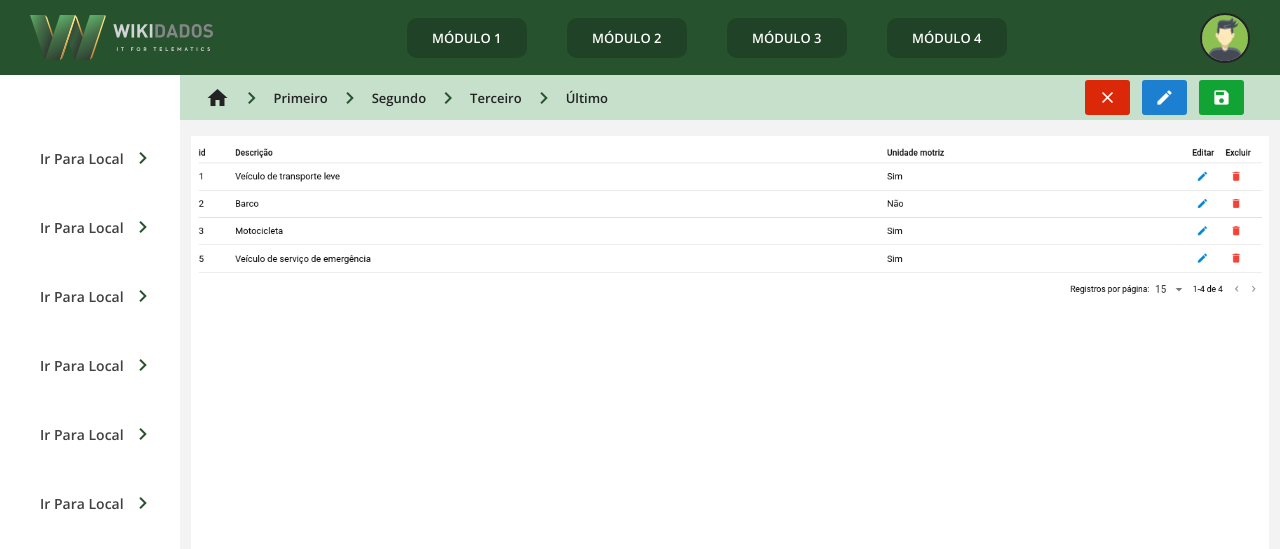
Repository: AlexDjon/alexdjon.github.io
Page: wiki-relayout/index.html
The author's editor kept a copy of each file at every save. The page is drawn from the files as they stood at one save, then again after the next save.
The browser window is 1280 px wide. The pictures show the whole page.

Above is the page before, as saved 2020-08-12 16:31:34.

After the next save:
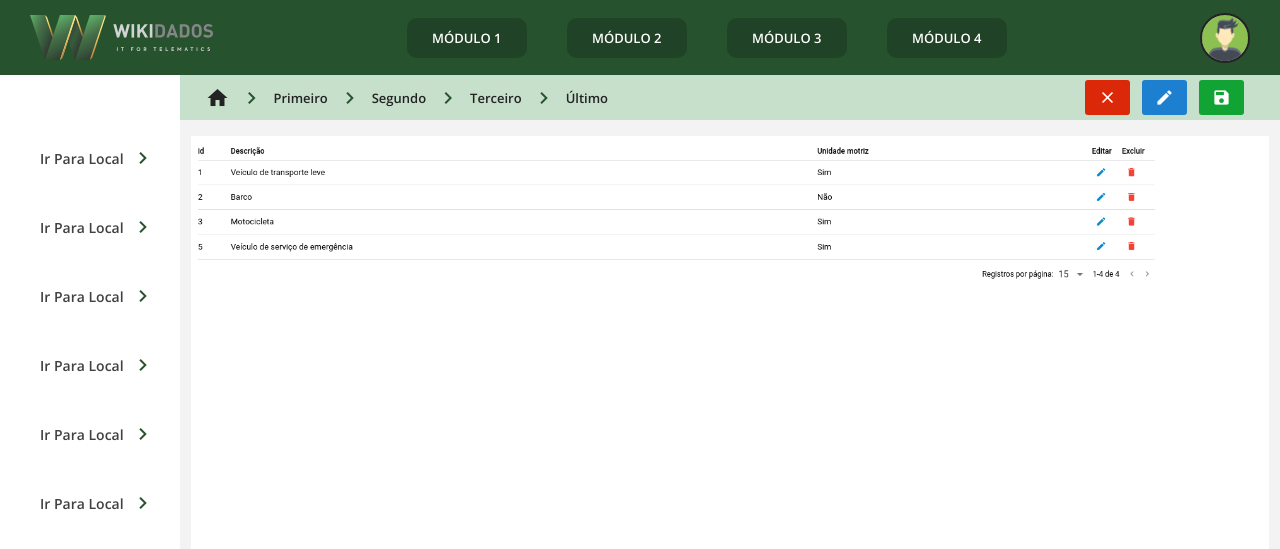
Saved 8 s later.
--- a/wiki-relayout/css/styles.css
+++ b/wiki-relayout/css/styles.css
@@ -243,5 +243,5 @@ body {
 }
 
 .viewer img {
-  width: 100%;
-}
+  width: 90%;
+}
